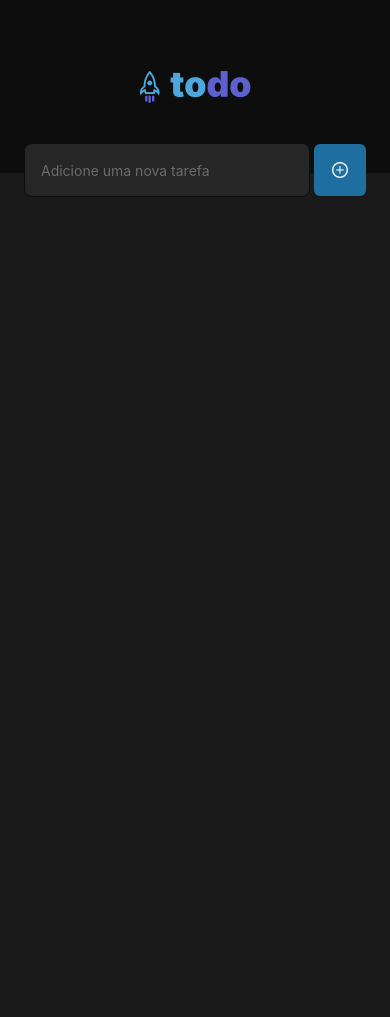
Repository: caueenrico/toDoList_ReactNative
Screen: /
These files come from the project's save history. The screen is drawn as it stood at one moment and after the next save; the edit follows.
The app was drawn by React Native's web renderer in a window 390 px wide. The project was rebuilt for these pictures with package versions that can differ from the ones it lists, and the page was loaded fresh each time.

Above is the screen before, as saved 2022-11-14 16:44:57.

### App.tsx
import { StatusBar } from 'react-native';
import { Home } from './src/screens/home/Home';

export default function App() {
  return (
    <>
      <StatusBar
        barStyle='light-content'
        backgroundColor="transparent"
        translucent
      />

     <Home/>
    </>
  );
}

### src/screens/home/Home.tsx
import { Image, Text, TextInput, TouchableOpacity, View } from "react-native";

import { styles } from "./styles";

export function Home() {
  return (
    <>
      <View style={styles.header}>
        <Image source={require("../../assets/logoToDo.png")} />
      </View>

      <View style={styles.tasks}>

        <View style={styles.container}>
          <TextInput
            style={styles.input}
            placeholder="Adicione uma nova tarefa"
            placeholderTextColor={"#6b6b6b"}
          />
          <TouchableOpacity style={styles.button}>
            <Image source={require("../../assets/plus.png")} />
          </TouchableOpacity>
        </View>


      </View>
    </>
  );
}

### src/screens/home/styles.ts
import { StyleSheet } from "react-native";

export const styles = StyleSheet.create({
  header: {
    width: "100%",
    height: 173,
    backgroundColor: '#0D0D0D',
    alignItems: 'center',
    justifyContent: 'center',
  },
  container: {
    marginTop: -30,
    flexDirection: "row",
    marginHorizontal:24,
    alignItems: 'center',

  },
  input: {
    flex: 1,
    backgroundColor: '#262626',
    height: 54,
    borderRadius: 8,
    borderColor:'#0D0D0D',
    borderWidth: 1,
    padding: 16,
    color: '#fff'

  },
  button:{
    width: 52,
    height: 52,
    backgroundColor: '#1E6F9F',
    borderRadius: 6,
    alignItems: "center",
    justifyContent: 'center',
    marginLeft:4,
  },

  tasks:{

    backgroundColor: "#1a1a1a",
    height: '100%'
  }

})

After the next save:
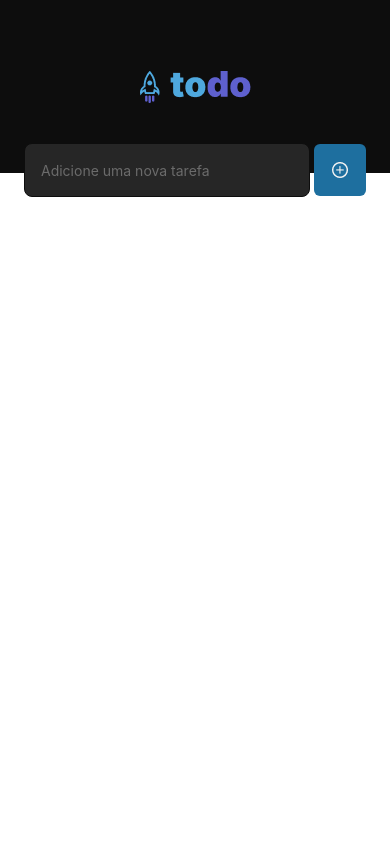
Saved 5 s later.
--- a/src/screens/home/styles.ts
+++ b/src/screens/home/styles.ts
@@ -36,7 +36,7 @@ export const styles = StyleSheet.create({
     marginLeft:4,
   },
 
-  tasks:{
+  tasksContainer:{
 
     backgroundColor: "#1a1a1a",
     height: '100%'

After the save that followed:
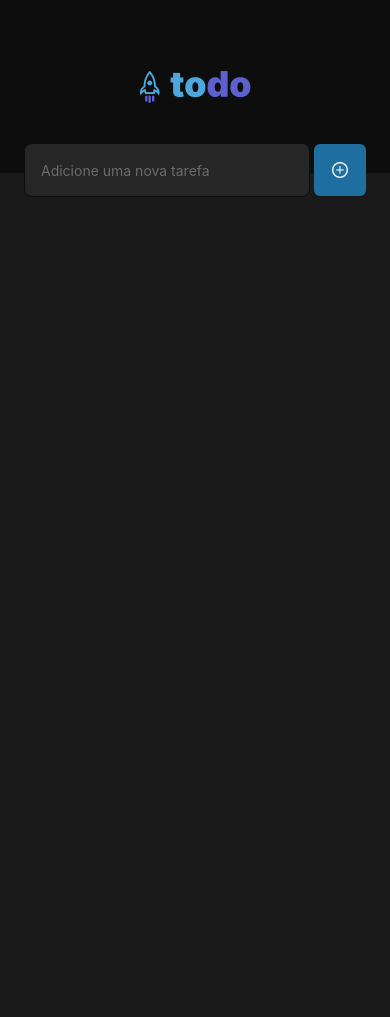
Saved 9 s later.
--- a/src/screens/home/Home.tsx
+++ b/src/screens/home/Home.tsx
@@ -9,7 +9,7 @@ export function Home() {
         <Image source={require("../../assets/logoToDo.png")} />
       </View>
 
-      <View style={styles.tasks}>
+      <View style={styles.tasksContainer}>
 
         <View style={styles.container}>
           <TextInput
